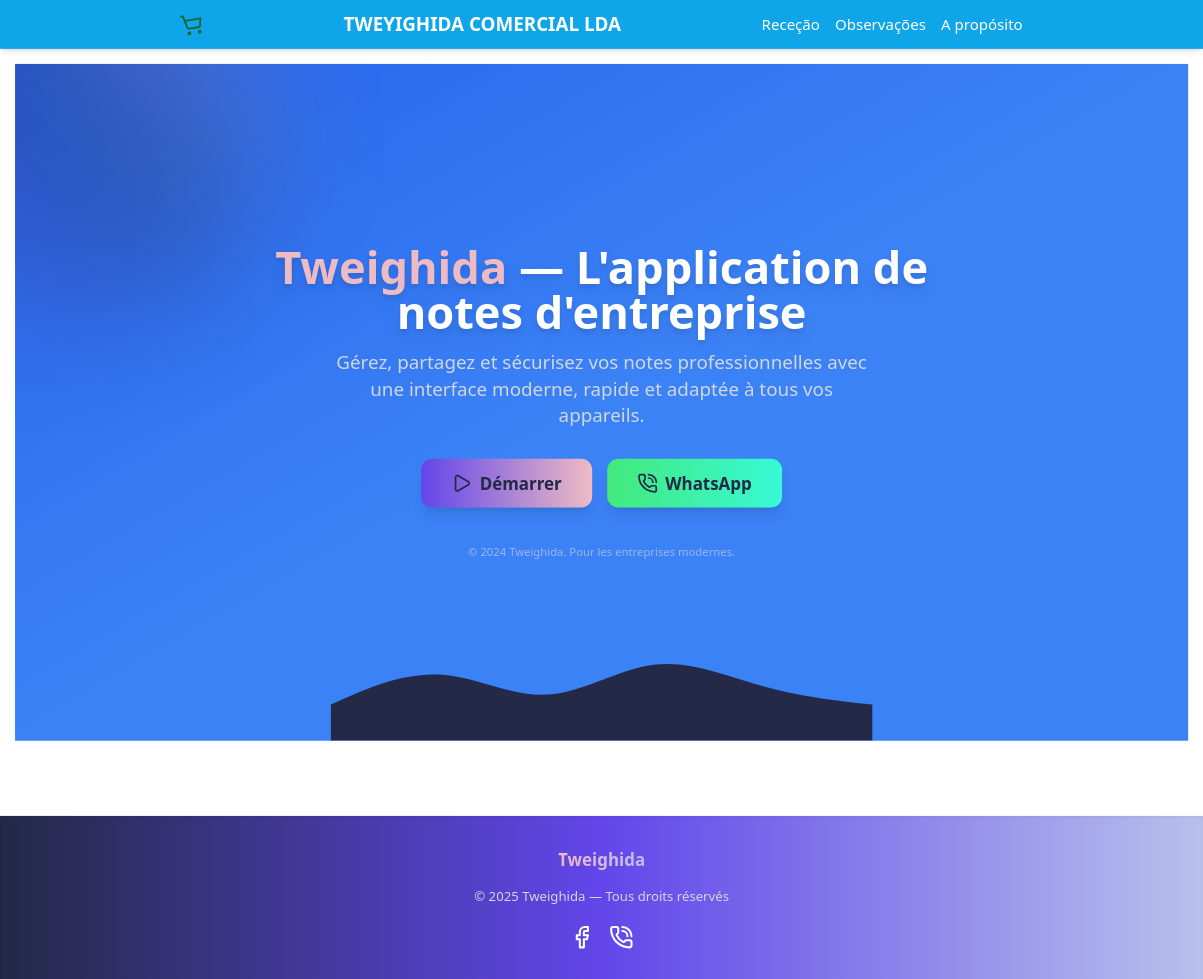
Repository: lamatmed/Tweighida
Page: /
The author's editor kept a copy of each file at every save. The page is drawn from the files as they stood at one save, then again after a run of saves.
The browser window is 1280 px wide. The pictures show the whole page, at 94% of full size.
The project was rebuilt for these pictures with package versions that can differ from the ones it lists, and the page was loaded fresh each time. The framework's server and built-in components were replaced by stand-ins that run in the browser. Also part of the build but not shown: next.config.mjs.

Above is the page before, as saved 2025-09-06 20:47:37.

After the next 3 saves:
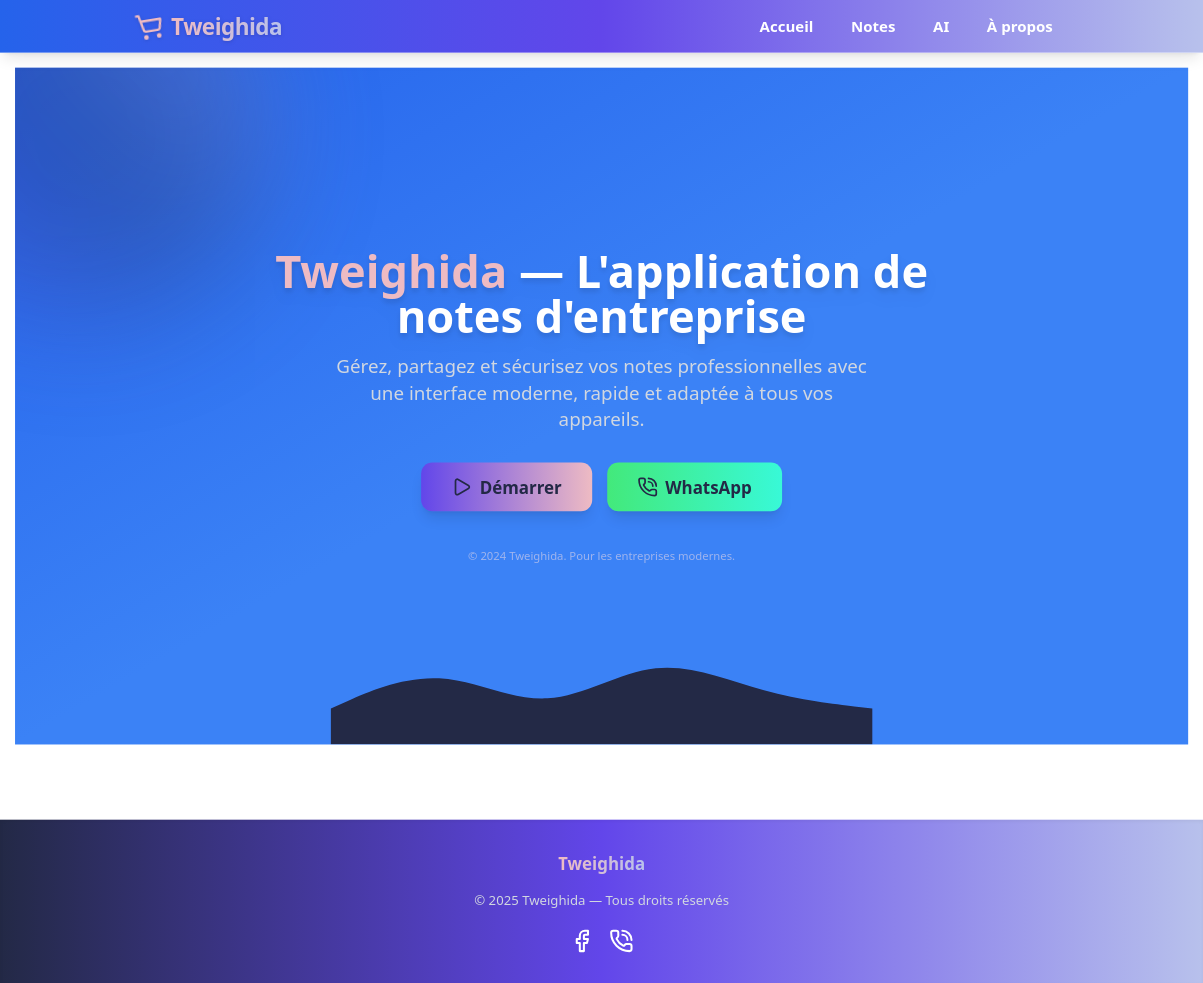
The 3 saves are shown as one change because they came seconds apart.
The last was saved 23 s later.
--- a/src/app/components/Navbar.tsx
+++ b/src/app/components/Navbar.tsx
@@ -7,59 +7,57 @@
   const [isOpen, setIsOpen] = useState(false);
 
   return (
-    <nav className="bg-sky-500 text-white p-3 shadow-md">
-      <div className="max-w-4xl mx-auto flex justify-between items-center">
-      <motion.div
-  animate={{ rotate: [0, 10, -10, 0] }}
-  transition={{ repeat: Infinity, duration: 1.5, ease: "easeInOut" }}
->
-  <ShoppingCartIcon fontSize="large" className="text-green-800" />
-</motion.div>
-
-        <h1 className="text-xl font-bold">TWEYIGHIDA COMERCIAL LDA</h1>
-
+    <nav className="sticky top-0 z-50 bg-gradient-to-r from-blue-600 via-[#6246ea] to-[#b8c1ec] text-white shadow-lg backdrop-blur-md">
+      <div className="max-w-5xl mx-auto flex justify-between items-center px-4 py-3">
+        <div className="flex items-center gap-2">
+          <motion.div
+            animate={{ rotate: [0, 10, -10, 0] }}
+            transition={{ repeat: Infinity, duration: 1.5, ease: 'easeInOut' }}
+          >
+            <ShoppingCartIcon size={30} className="text-[#eebbc3] drop-shadow" />
+          </motion.div>
+          <span className="text-2xl font-extrabold tracking-tight bg-gradient-to-r from-[#eebbc3] to-[#b8c1ec] bg-clip-text text-transparent drop-shadow">Tweighida</span>
+        </div>
         {/* Bouton Menu pour mobile */}
         <button
           className="lg:hidden block focus:outline-none"
           onClick={() => setIsOpen(!isOpen)}
+          aria-label="Ouvrir le menu"
         >
           {isOpen ? <X size={28} /> : <Menu size={28} />}
         </button>
-
         {/* Menu Desktop */}
-        <ul className="hidden lg:flex space-x-4">
-          <li><a href="/" className="hover:underline"> Receção</a></li>
-          <li><a href="/notes" className="hover:underline">Observações</a></li>
-          <li><a href="/about" className="hover:underline">A propósito</a></li>
+        <ul className="hidden lg:flex space-x-2">
+          <li><a href="/" className="px-4 py-2 rounded-lg font-semibold hover:bg-[#eebbc3]/20 transition">Accueil</a></li>
+          <li><a href="/notes" className="px-4 py-2 rounded-lg font-semibold hover:bg-[#eebbc3]/20 transition">Notes</a></li>
+          <li><a href="/chat" className="px-4 py-2 rounded-lg font-semibold hover:bg-[#eebbc3]/20 transition">AI</a></li>
+          <li><a href="/about" className="px-4 py-2 rounded-lg font-semibold hover:bg-[#eebbc3]/20 transition">À propos</a></li>
         </ul>
       </div>
-
       {/* Menu Mobile */}
       {isOpen && (
-       <ul className="lg:hidden flex flex-col items-center space-y-3 mt-3">
-       <li>
-         <a href="/" className="flex items-center gap-2 hover:underline" onClick={() => setIsOpen(false)}>
-           <Home size={20} /> Receção
-         </a>
-       </li>
-       <li>
-         <a href="/notes" className="flex items-center gap-2 hover:underline" onClick={() => setIsOpen(false)}>
-           <FileText size={15} /> Observações
-         </a>
+        <ul className="lg:hidden flex flex-col items-center space-y-3 pb-4 bg-gradient-to-b from-[#232946]/95 via-[#6246ea]/90 to-[#b8c1ec]/80 shadow-xl rounded-b-2xl animate-fade-in-down">
+          <li>
+            <a href="/" className="flex items-center gap-2 px-4 py-2 rounded-lg font-semibold hover:bg-[#eebbc3]/20 transition" onClick={() => setIsOpen(false)}>
+              <Home size={20} /> Accueil
+            </a>
           </li>
           <li>
-            <a href="/chat" className="flex items-center gap-2 hover:underline" onClick={() => setIsOpen(false)}>
+            <a href="/notes" className="flex items-center gap-2 px-4 py-2 rounded-lg font-semibold hover:bg-[#eebbc3]/20 transition" onClick={() => setIsOpen(false)}>
+              <FileText size={15} /> Notes
+            </a>
+          </li>
+          <li>
+            <a href="/chat" className="flex items-center gap-2 px-4 py-2 rounded-lg font-semibold hover:bg-[#eebbc3]/20 transition" onClick={() => setIsOpen(false)}>
               <BsRobot size={15} /> AI
             </a>
           </li>
           <li>
-
-         <a href="/about" className="flex items-center gap-2 hover:underline" onClick={() => setIsOpen(false)}>
-           <Info size={15} /> A propósito
-         </a>
-       </li>
-     </ul>
-
+            <a href="/about" className="flex items-center gap-2 px-4 py-2 rounded-lg font-semibold hover:bg-[#eebbc3]/20 transition" onClick={() => setIsOpen(false)}>
+              <Info size={15} /> À propos
+            </a>
+          </li>
+        </ul>
       )}
     </nav>
   );
